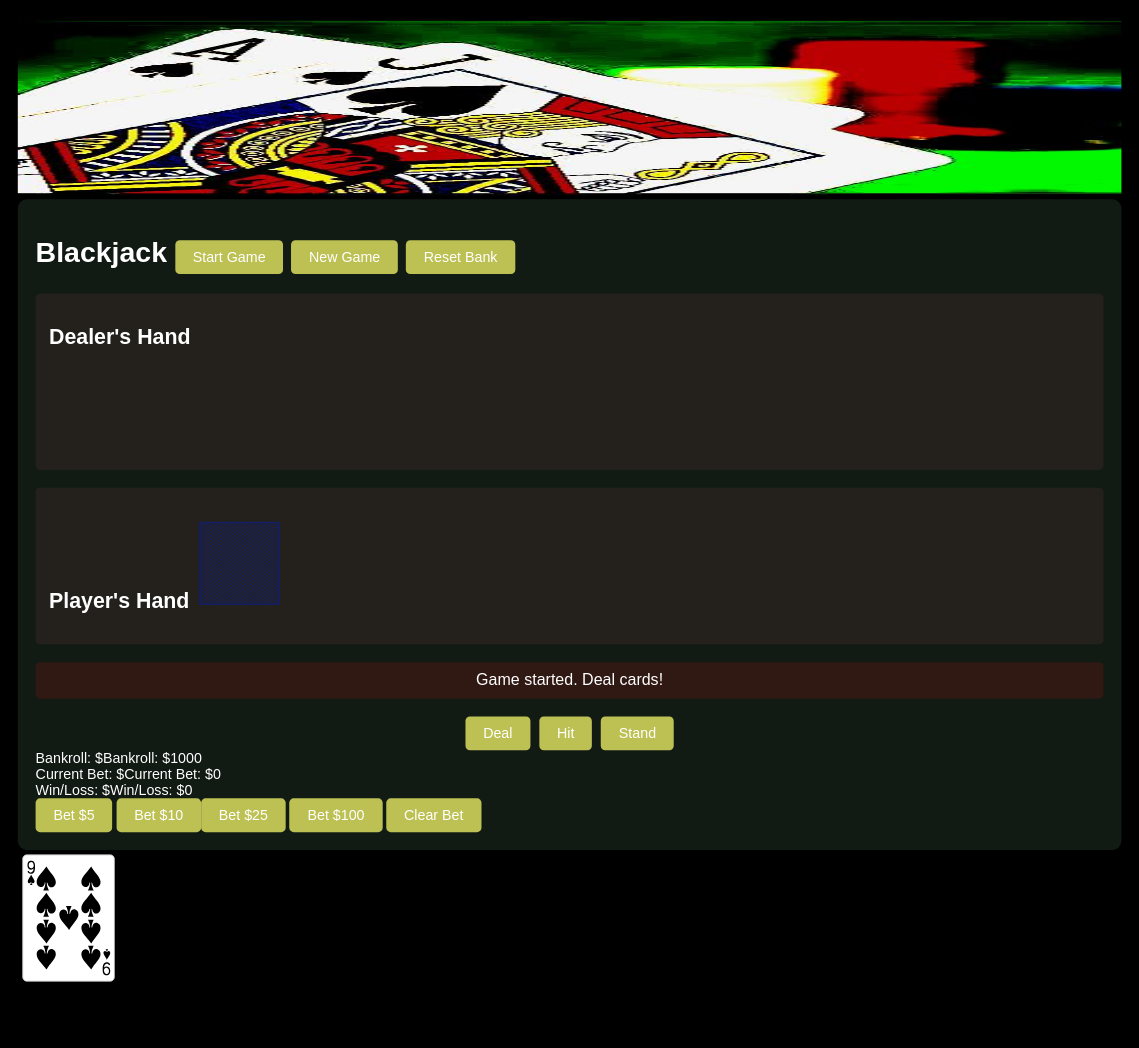
Repository: fahad7252/project-1-blackjack
Page: index.html
These files come from the project's save history. The page is drawn as it stood at one moment and after the next save; the edit follows.
The browser window is 1280 px wide. The pictures show the whole page, at 89% of full size.

Above is the page before, as saved 2024-12-04 12:25:40.

### index.html
<!DOCTYPE html>
<html lang="en">
<head>
    <meta charset="UTF-8">
    <meta name="viewport" content="width=device-width, initial-scale=1.0">
    <title>Blackjack Game</title>
    <link rel="stylesheet" href="css/main.css" type="text/css">
    <link rel="stylesheet" href="css/cardstarter.css" type="text/css">

</head>
<body>
    <img src="blackjack.JPG"  class="landing-image">
    <div class="game-board">
        <h1>Blackjack <button id="start-button">Start Game</button>
             <button id="new-game-button">New Game</button>
             <button id="reset-bank-button">Reset Bank</button></h1>
         <div class="hand">
            <h2>Dealer's Hand <div  class="card-image"> </h2>
            <div id="dealer-hand"></div>

        </div>

        <div class="hand">
            <h2>Player's Hand <img src="/images/backs/blue.svg" class="card-image"></h2>
            <div id="player-hand"></div>
        </div>

        <div id="message">Game started. Deal cards!</div>

        <div class="controls">
            <button id="deal-button">Deal</button>
            <button id="hit-button">Hit</button>
            <button id="stand-button">Stand</button>

        </div>
        <div class="bank-stats">
            <div>Bankroll: $<span id="bankroll">1000</span></div>
            <div>Current Bet: $<span id="current-bet">0</span></div>
            <div>Win/Loss: $<span id="win-loss">0</span></div>
        </div>

        <div class="betting-controls">
            <button id="bet-5">Bet $5</button>
            <button id="bet-10">Bet $10</button><button id="bet-25">Bet $25</button>
            <button id="bet-100">Bet $100</button>
            <button id="clear-bet">Clear Bet</button>
        </div>
    </div>
    <div class="card large s09"></div>
    <script defer src="js/main.js"></script>
</body>
</html

### css/main.css
body {
    font-family: Arial, sans-serif;
    margin: 0 auto;
    padding: 20px;
    background-color: #000000;
    color: white;
}
.card-image {
    height: 100px;
    width: 100px;
}
.landing-image { width: 100%;
     height: auto;
     max-height: 200px;
}
.game-board {
    background-color: #121a14;
    padding: 20px;
    border-radius: 10px;
    box-shadow: 0 0 10px rgba(0, 0, 0, 0.3);
    height: auto;
}
.hand {
    margin: 20px 0;
    padding: 15px;
    background-color: rgba(113, 62, 62, 0.2);
    border-radius: 5px;
}
.controls {
    display: flex;
    gap: 10px;
    justify-content: center;
    margin-top: 20px;
}
button {
    padding: 10px 20px;
    font-size: 16px;
    cursor: pointer;
    background-color: #bdc153;
    color: white;
    border: none;
    border-radius: 5px;
}
button:disabled {
    background-color: #cccccc;
    cursor: not-allowed;
}
#message {
    text-align: center;
    font-size: 18px;
    margin: 20px 0;
    padding: 10px;
    background-color: rgba(168, 17, 17, 0.2);
    border-radius: 5px;
}

### css/cardstarter.css
@charset "UTF-8";
.card {
  box-sizing: border-box;
  display: inline-block;
  margin: 5px 5px 50px 5px;
  cursor: pointer;
  /* Set the card's dimensions, and size it relative to
     it's font size. */
  font-size: inherit;
  width: 4.0em;
  height: 5.5em;
  /* Add a default background color and border. */
  background-color: #fff;
  border-radius: 0.20em;
  border: 1px solid #c3c3c3;
  /* Scale and set the background settings. */
  background-repeat: no-repeat;
  background-position: center center;
  background-size: contain;
  /* "Hide" any text within the element (use text to be
     simply compliant with screen readers, etc.). */
  text-indent: 100%;
  white-space: nowrap;
  overflow: hidden;
  /* Default sizes for cards (size based off the font). */
  /* Optional styles for cards: borderless and drop shadow. */
  /* Not a card, but a card-shaped outline to represent a
     droppable place, like an empty pile. */ }
  .card.small {
    font-size: 12px; }
  .card.large {
    font-size: 26px; }
  .card.xlarge {
    font-size: 42px; }
  .card.no-border {
    border: 0; }
  .card.shadow {
    box-shadow: 2px 2px 3px 0 rgba(41, 41, 41, 0.75); }
  .card.outline {
    background-image: none;
    background-color: rgba(195, 195, 195, 0.5);
    border: 0.15em dashed #daa520; }

.card.diamonds.A,
.card.dA,
.card.♦A {
  background-image: url("../images/diamonds/diamonds-A.svg"); }

.card.diamonds.K,
.card.dK,
.card.♦K {
  background-image: url("../images/diamonds/diamonds-K.svg"); }

.card.diamonds.Q,
.card.dQ,
.card.♦Q {
  background-image: url("../images/diamonds/diamonds-Q.svg"); }

.card.diamonds.J,
.card.dJ,
.card.♦J {
  background-image: url("../images/diamonds/diamonds-J.svg"); }

.card.diamonds.r10,
.card.d10,
.card.♦10 {
  background-image: url("../images/diamonds/diamonds-r10.svg"); }

.card.diamonds.r09,
.card.d09,
.card.♦09 {
  background-image: url("../images/diamonds/diamonds-r09.svg"); }

.card.diamonds.r08,
.card.d08,
.card.♦08 {
  background-image: url("../images/diamonds/diamonds-r08.svg"); }

.card.diamonds.r07,
.card.d07,
.card.♦07 {
  background-image: url("../images/diamonds/diamonds-r07.svg"); }

.card.diamonds.r06,
.card.d06,
.card.♦06 {
  background-image: url("../images/diamonds/diamonds-r06.svg"); }

.card.diamonds.r05,
.card.d05,
.card.♦05 {
  background-image: url("../images/diamonds/diamonds-r05.svg"); }

.card.diamonds.r04,
.card.d04,
.card.♦04 {
  background-image: url("../images/diamonds/diamonds-r04.svg"); }

.card.diamonds.r03,
.card.d03,
.card.♦03 {
  background-image: url("../images/diamonds/diamonds-r03.svg"); }

.card.diamonds.r02,
.card.d02,
.card.♦02 {
  background-image: url("../images/diamonds/diamonds-r02.svg"); }

.card.hearts.A,
.card.hA,
.card.♥A {
  background-image: url("../images/hearts/hearts-A.svg"); }

.card.hearts.K,
.card.hK,
.card.♥K {
  background-image: url("../images/hearts/hearts-K.svg"); }

.card.hearts.Q,
.card.hQ,
.card.♥Q {
  background-image: url("../images/hearts/hearts-Q.svg"); }

.card.hearts.J,
.card.hJ,
.card.♥J {
  background-image: url("../images/hearts/hearts-J.svg"); }

.card.hearts.r10,
.card.h10,
.card.♥10 {
  background-image: url("../images/hearts/hearts-r10.svg"); }

.card.hearts.r09,
.card.h09,
.card.♥09 {
  background-image: url("../images/hearts/hearts-r09.svg"); }

.card.hearts.r08,
.card.h08,
.card.♥08 {
  background-image: url("../images/hearts/hearts-r08.svg"); }

.card.hearts.r07,
.card.h07,
.card.♥07 {
  background-image: url("../images/hearts/hearts-r07.svg"); }

.card.hearts.r06,
.card.h06,
.card.♥06 {
  background-image: url("../images/hearts/hearts-r06.svg"); }

.card.hearts.r05,
.card.h05,
.card.♥05 {
  background-image: url("../images/hearts/hearts-r05.svg"); }

.card.hearts.r04,
.card.h04,
.card.♥04 {
  background-image: url("../images/hearts/hearts-r04.svg"); }

.card.hearts.r03,
.card.h03,
.card.♥03 {
  background-image: url("../images/hearts/hearts-r03.svg"); }

.card.hearts.r02,
.card.h02,
.card.♥02 {
  background-image: url("../images/hearts/hearts-r02.svg"); }

.card.spades.A,
.card.sA,
.card.♠A {
  background-image: url("../images/spades/spades-A.svg"); }

.card.spades.K,
.card.sK,
.card.♠K {
  background-image: url("../images/spades/spades-K.svg"); }

.card.spades.Q,
.card.sQ,
.card.♠Q {
  background-image: url("../images/spades/spades-Q.svg"); }

.card.spades.J,
.card.sJ,
.card.♠J {
  background-image: url("../images/spades/spades-J.svg"); }

.card.spades.r10,
.card.s10,
.card.♠10 {
  background-image: url("../images/spades/spades-r10.svg"); }

.card.spades.r09,
.card.s09,
.card.♠09 {
  background-image: url("../images/spades/spades-r09.svg"); }

.card.spades.r08,
.card.s08,
.card.♠08 {
  background-image: url("../images/spades/spades-r08.svg"); }

.card.spades.r07,
.card.s07,
.card.♠07 {
  background-image: url("../images/spades/spades-r07.svg"); }

.card.spades.r06,
.card.s06,
.card.♠06 {
  background-image: url("../images/spades/spades-r06.svg"); }

.card.spades.r05,
.card.s05,
.card.♠05 {
  background-image: url("../images/spades/spades-r05.svg"); }

.card.spades.r04,
.card.s04,
.card.♠04 {
  background-image: url("../images/spades/spades-r04.svg"); }

.card.spades.r03,
.card.s03,
.card.♠03 {
  background-image: url("../images/spades/spades-r03.svg"); }

.card.spades.r02,
.card.s02,
.card.♠02 {
  background-image: url("../images/spades/spades-r02.svg"); }

.card.clubs.A,
.card.cA,
.card.♣A {
  background-image: url("../images/clubs/clubs-A.svg"); }

.card.clubs.K,
.card.cK,
.card.♣K {
  background-image: url("../images/clubs/clubs-K.svg"); }

.card.clubs.Q,
.card.cQ,
.card.♣Q {
  background-image: url("../images/clubs/clubs-Q.svg"); }

.card.clubs.J,
.card.cJ,
.card.♣J {
  background-image: url("../images/clubs/clubs-J.svg"); }

.card.clubs.r10,
.card.c10,
.card.♣10 {
  background-image: url("../images/clubs/clubs-r10.svg"); }

.card.clubs.r09,
.card.c09,
.card.♣09 {
  background-image: url("../images/clubs/clubs-r09.svg"); }

.card.clubs.r08,
.card.c08,
.card.♣08 {
  background-image: url("../images/clubs/clubs-r08.svg"); }

.card.clubs.r07,
.card.c07,
.card.♣07 {
  background-image: url("../images/clubs/clubs-r07.svg"); }

.card.clubs.r06,
.card.c06,
.card.♣06 {
  background-image: url("../images/clubs/clubs-r06.svg"); }

.card.clubs.r05,
.card.c05,
.card.♣05 {
  background-image: url("../images/clubs/clubs-r05.svg"); }

.card.clubs.r04,
.card.c04,
.card.♣04 {
  background-image: url("../images/clubs/clubs-r04.svg"); }

.card.clubs.r03,
.card.c03,
.card.♣03 {
  background-image: url("../images/clubs/clubs-r03.svg"); }

.card.clubs.r02,
.card.c02,
.card.♣02 {
  background-image: url("../images/clubs/clubs-r02.svg"); }

.card.joker {
  background-image: url("../images/jokers/joker.svg"); }

.card.joker-black {
  background-image: url("../images/jokers/joker-black.svg"); }

.card.joker-red {
  background-image: url("../images/jokers/joker-red.svg"); }

.card.back {
  background-image: url("../images/backs/blue.svg"); }

.card.back-blue {
  background-image: url("../images/backs/blue.svg"); }

.card.back-red {
  background-image: url("../images/backs/red.svg"); }

.card.tot {
  background-image: url("../images/backs/tot.png");
}

/* Re-orients the cards for different directions. While
   they are symmetric, it's still important to orient
   them correctly in case text or other symbols are
   layered on them with CSS pseudo-selectors, new
   classes/rules, etc. */
.card.west,
.card.W {
  transform: rotate(90deg);
  margin: auto 0.75em; }
  .card.west.shadow,
  .card.W.shadow {
    box-shadow: 2px -2px 3px 0 rgba(41, 41, 41, 0.75); }

.card.north,
.card.N {
  transform: rotate(180deg); }
  .card.north.shadow,
  .card.N.shadow {
    box-shadow: -2px -2px 3px 0 rgba(41, 41, 41, 0.75); }

.card.east,
.card.E {
  transform: rotate(270deg);
  margin: auto 0.75em; }
  .card.east.shadow,
  .card.E.shadow {
    box-shadow: -2px 2px 3px 0 rgba(41, 41, 41, 0.75); }

### js/main.js
/*----- constants -----*/
const suits = ["s", "c", "d", "h"];
const values = [
  "2",
  "3",
  "4",
  "5",
  "6",
  "7",
  "8",
  "9",
  "10",
  "J",
  "Q",
  "K",
  "A",
];

/*----- state variables -----*/

let deck = [];
let playerHand = [];
let dealerHand = [];
let bankroll = 1000;
let currentBet = 0;
let winLoss = 0;

/*----- cached elements  -----*/
const messageElement = document.getElementById("message");
const dealerHandElement = document.getElementById("dealer-hand");
const playerHandElement = document.getElementById("player-hand");
const bankrollElement = document.getElementById("bankroll");
const currentBetElement = document.getElementById("current-bet");
const winLossElement = document.getElementById("win-loss");

/*----- event listeners -----*/

document.getElementById("deal-button").addEventListener("click", handleDeal);
document.getElementById("hit-button").addEventListener("click", handleHit);
document.getElementById("stand-button").addEventListener("click", handleStand);
document.getElementById("start-button").addEventListener("click", startGame);

/*----- functions -----*/
/*init();
function init() {
  createDeck();
  shuffleDeck();
  startGame();
  stakeMoney();
  handleDeal();
  playerHand = [];
  dealerHand = [];
  message.textContent = "Game started. Deal cards!";
  updateHand(); // card elements and properties and value with css and new card
  calculateHand(); // will be doing the math
  settleBet(); // banks math
  draw(card); // push new card
  hitStand();
  winnerLoser();
  newGame();
  render();
}*/

// LET THE SHOW BEGIN
function createDeck() {
  deck = [];
  suits.forEach((suit) => {
    values.forEach((value) => {
      deck.push({ suit, value });
    });
  });
}

function shuffleDeck() {
  for (let i = deck.length - 1; i > 0; i--) {
    const j = Math.floor(Math.random() * (i + 1));
    [deck[i], deck[j]] = [deck[j], deck[i]];
  }
}
function updateHands() {
  playerHandElement.innerHTML = "";
  dealerHandElement.innerHTML = "";
  playerHand.forEach((card) => {
    const cardElement = document.createElement("div");
    cardElement.className = `card ${card.suit[0].toLowerCase()}${card.value}`;
    playerHandElement.appendChild(cardElement);
  });
  dealerHand.forEach((card) => {
    const cardElement = document.createElement("div");
    cardElement.className = `card ${card.suit[0].toLowerCase()}${card.value}`;
    dealerHandElement.appendChild(cardElement);
  });
}

function drawCard() {
  return deck.pop();
}

function startGame() {
  // create draw card and update hands functions remain
  if (currentBet > 0) {
    playerHand = [drawCard(), drawCard()];
    dealerHand = [drawCard(), drawCard()];
    messageElement.textContent = "Hit or Stand";
    updateHands();
    render();
  } else {
    messageElement.textContent = " Place Bet to start the game ";
  }
}

function handleDeal() {
  if (currentBet > 0) {
    startGame();
  }
}

function handleHit() {
  playerHand.push(drawCard());
  if (calculateHand(playerHand) > 21) {
    messageElement.textContent = "Bust! Dealer wins";
    settleBet(false);
  } else {
    updateHands();
    render();
  }
}
function handleStand() {
  while (calculateHand(dealerHand) < 17) {
    dealerHand.push(drawCard());
  }
  const playerTotal = calculateHand(playerHand);
  const dealerTotal = calculateHand(dealerHand);
  if (dealerTotal > 21 || playerTotal > dealerTotal) {
    messageElement.textContent = "you win";
    settleBet(true);
  } else if (playerTotal < dealerTotal) {
    messageElement.textContent = "dealer wins";
    settleBet(false);
  } else {
    messageElement = "its tie";
    settleBet(false, true);
  }
}

function calculateHand(hand) {
  let total = 0;
  let aceCount = 0;
  hand.forEach((card) => {
    if (["J", "Q", "K"].includes(card.value)) {
      total += 10;
    } else if (card.value === "A") {
      total += 11;
      aceCount++;
    } else {
      total += Number(card.value);
    }
  });
  while (total > 21 && aceCount > 0) {
    total -= 10;
    aceCount--;
  }
  return total;
}
function settleBet(playerWins, tie = false) {
  if (tie) {
  } else if (playerWins) {
    bankroll += currentBet;
    winLoss += currentBet;
  } else {
    bankroll -= currentBet;
    winLoss -= currentBet;
  }
  currentBet = 0;
  updateBankroll();
  render();
}
function updateBankroll() {
  bankrollElement.textContent = `Bankroll: $${bankroll}`;
  currentBetElement.textContent = `Current Bet: $${currentBet}`;
  winLossElement.textContent = `Win/Loss: $${winLoss}`;
}
function stakeMoney() {
  currentBet = 0;
  currentBetElement.textContent = `CurrentBet: $${currentBet}`;
}
function render() {
  updateBankroll();
  updateHands();
}
// Add at the end of file
init();

function init() {
  createDeck();
  shuffleDeck();
  render();
}

After the next save:
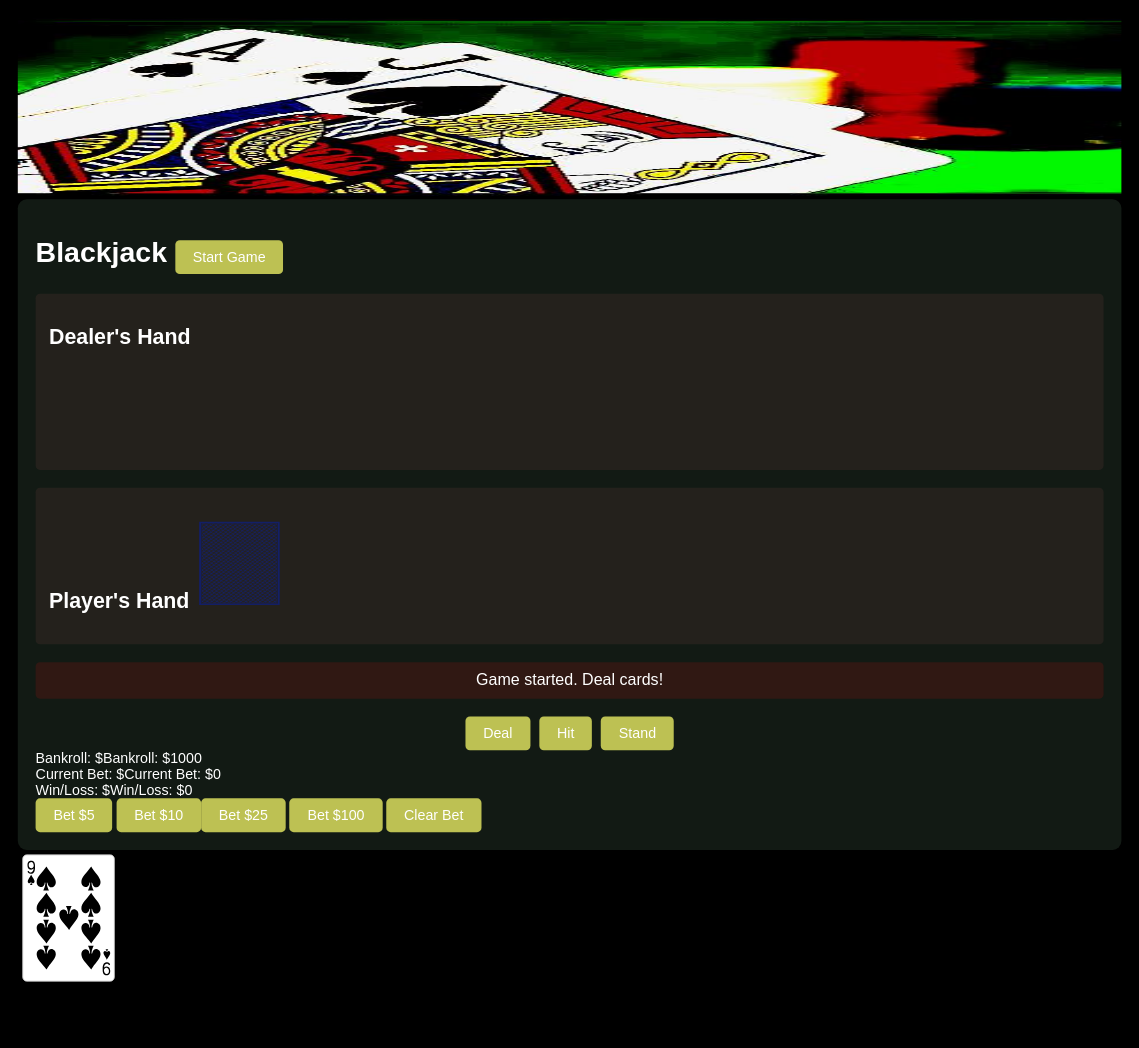
Saved 6 min 28 s later.
--- a/index.html
+++ b/index.html
@@ -12,8 +12,7 @@
     <img src="blackjack.JPG"  class="landing-image">
     <div class="game-board">
         <h1>Blackjack <button id="start-button">Start Game</button>
-             <button id="new-game-button">New Game</button>
-             <button id="reset-bank-button">Reset Bank</button></h1>
+             </h1>
          <div class="hand">
             <h2>Dealer's Hand <div  class="card-image"> </h2>
             <div id="dealer-hand"></div>
